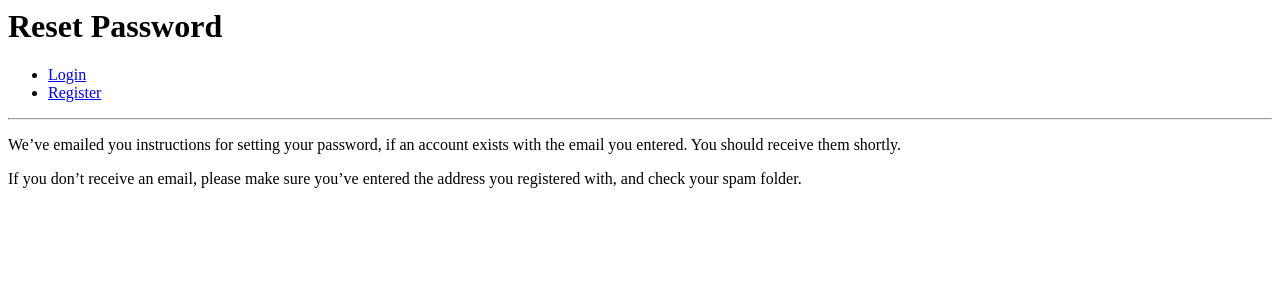
Repository: toderas/Django-authentication
Page: templates/registration/password_reset_done.html
The author's editor kept a record of every edit. The page is drawn from the files as they stood at one moment, then again after the next edit.
The browser window is 1280 px wide. The pictures show the whole page.
The template is drawn by Django 2.2. The application's start-up code is not run. Other server files are loaded and not shown. The template is opened directly, without the code that normally fills it, so the values that code supplies are empty.

Above is the page before.

### templates/registration/password_reset_done.html
{% extends "base.html" %}
{% load i18n %}

{% block page_title %}Password Reset/ email send{% endblock %}

{% block page_heading %}Reset Password{% endblock %}
{% block content %}

<p>{% trans 'We’ve emailed you instructions for setting your password, if an account exists with the email you entered. You should receive them shortly.' %}</p>

<p>{% trans 'If you don’t receive an email, please make sure you’ve entered the address you registered with, and check your spam folder.' %}</p>

{% endblock %}

### templates/base.html
<html>

<head>
    <title>{% block page_title %}{% endblock %}</title>
</head>

<body>
    <h1>
        {% block page_heading %}{% endblock %}
    </h1>

    <nav>
        <ul>
            {% if user.is_authenticated %}
            <li><a href="{% url 'profile' %}">Profile</a></li>
            <li><a href="{% url 'logout' %}">Logout</a></li>
            {% else %}
            <li><a href="{% url 'login' %}">Login</a></li>
            <li><a href="{% url 'registration' %}">Register</a></li>
            {% endif %}
        </ul>
    </nav>

    <hr> {% if messages %}
    <div>
        {% for message in messages %} {{ message }} {% endfor %}
    </div>
    {% endif %} {% block content %}{% endblock %}
</body>

</html>

After the next edit:
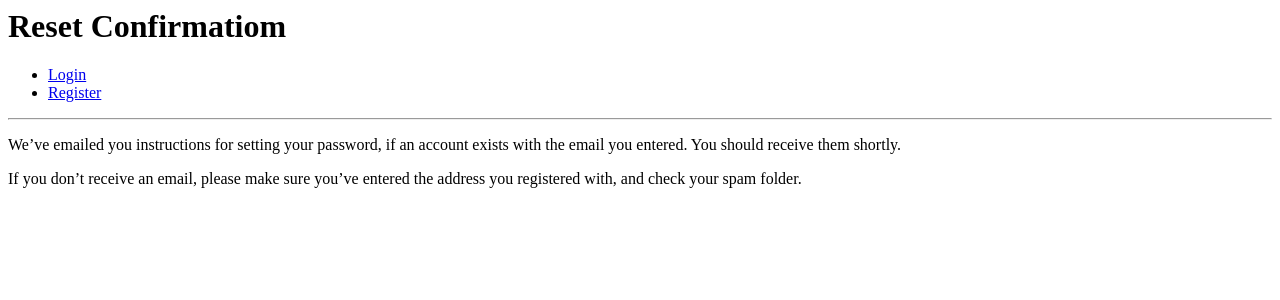
The edit:
--- a/templates/registration/password_reset_done.html
+++ b/templates/registration/password_reset_done.html
@@ -3,7 +3,7 @@
 
 {% block page_title %}Password Reset/ email send{% endblock %}
 
-{% block page_heading %}Reset Password{% endblock %}
+{% block page_heading %}Reset Confirmatiom{% endblock %}
 {% block content %}
 
 <p>{% trans 'We’ve emailed you instructions for setting your password, if an account exists with the email you entered. You should receive them shortly.' %}</p>
